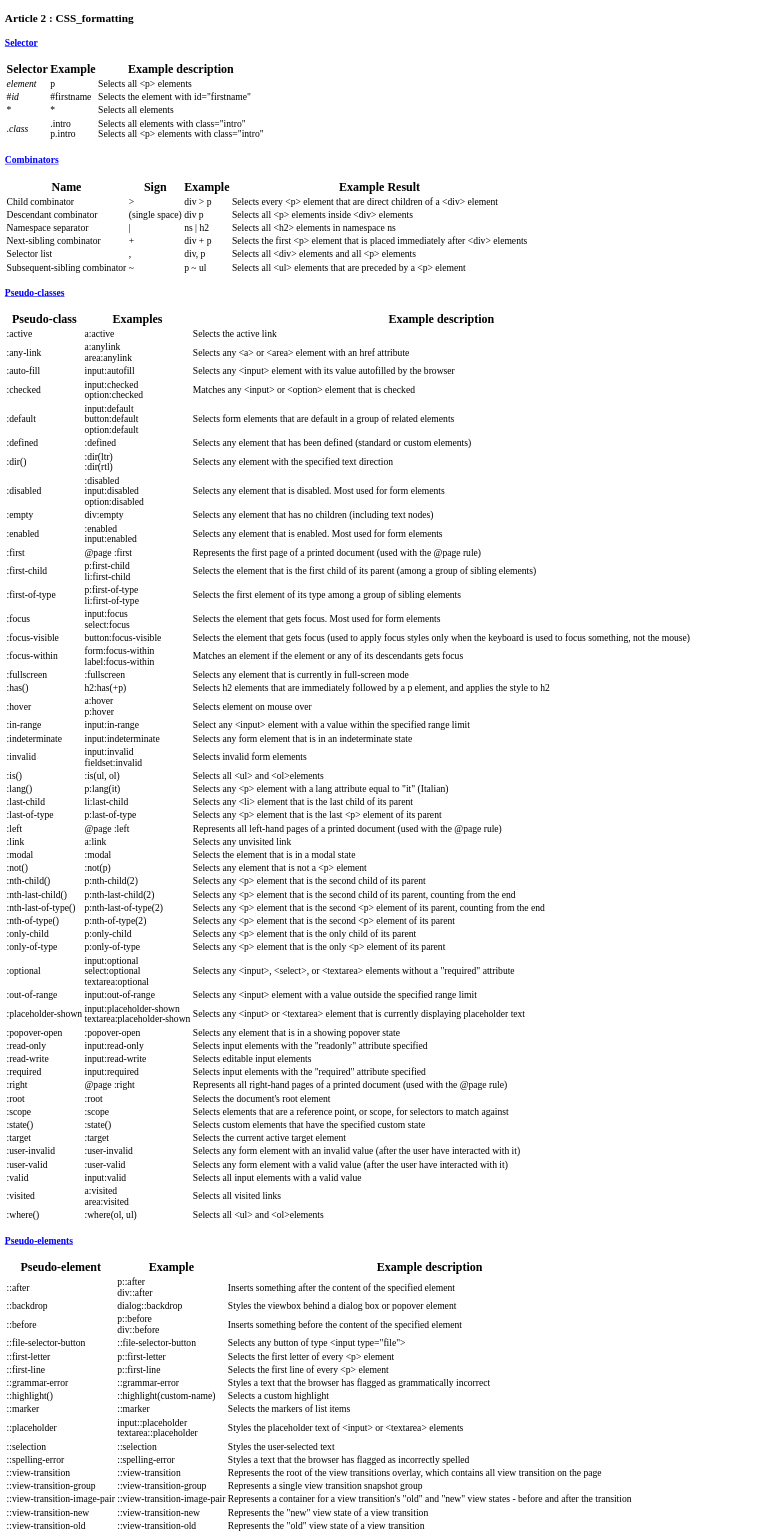
Repository: AnnaSpirit/2025_
Page: Bases/CSS_formatting.html
These files come from the project's save history. The page is drawn as it stood at one moment and after the next save; the edit follows.
The browser window is 1280 px wide. The pictures show the whole page, at 60% of full size.

Above is the page before, as saved 2025-01-09 14:14:10.

### Bases/CSS_formatting.html
<!DOCTYPE html>
<html lang="en">
<head>
	<meta charset="UTF-8">
	<meta name="viewport" content="width=device-width, initial-scale=1.0">
	<title>CSS_formatting</title>
	<style>
		th{
		display: table-cell;
		vertical-align: inherit;
		font-weight: bold;
		padding: 1px;
		text-align:;
		font-size: 20px;
		}
		.subSection{
			color: blue;
			font-weight: bold;
			text-decoration: underline;
		}
	</style>
</head>
<body>
<h3>Article 2 : CSS_formatting</h3>
<h4 class = "subSection">Selector</h4>
<table>
<tr>
	<th>Selector</th>
	<th>Example</th>
	<th>Example description</th>
</tr>
<tr>
	<td><i>element</i></td>
	<td>p</td>
	<td>Selects all &lt;p&gt; elements</td>
</tr>
<tr>
	<td>#<i>id</i></td>
	<td>#firstname</td>
	<td>Selects the element with id="firstname"</td>
</tr>
<tr>
	<td>*</td>
	<td>*</td>
	<td>Selects all elements</td>
</tr>
<tr>
	<td>.<i>class</i></td>
	<td>.intro<br>p.intro</td>
	<td>Selects all elements with class="intro"<br>Selects all &lt;p&gt; elements with class="intro"
	</td>
</tr>
</table>
<h4 class = "subSection">Combinators</h4>
<table>
<tbody>
	<tr>
		<th>Name</th>
		<th>Sign</th>
		<th>Example</th>
		<th>Example Result</th>
	</tr>
	<tr>
		<td>Child combinator</td>
		<td>&gt;</td>
		<td>div &gt; p</td>
		<td>Selects every &lt;p&gt; element that are direct children of a &lt;div&gt; element</td>
	</tr>
	<tr>
		<td>Descendant combinator</td>
		<td>(single space)</td>
		<td>div p</td>
		<td>Selects all &lt;p&gt; elements inside &lt;div&gt; elements</td>
	</tr>
	<tr>
		<td>Namespace separator</td>
		<td>|</td>
		<td>ns | h2</td>
		<td>Selects all &lt;h2&gt; elements in namespace ns</td>
	</tr>
	<tr>
		<td>Next-sibling combinator</td>
		<td>+</td>
		<td>div + p</td>
		<td>Selects the first &lt;p&gt; element that is placed immediately after &lt;div&gt; elements</td>
	</tr>
	<tr>
		<td>Selector list</td>
		<td>,</td>
		<td>div, p</td>
		<td>Selects all &lt;div&gt; elements and all &lt;p&gt; elements</td>
	</tr>
	<tr>
		<td>Subsequent-sibling combinator</td>
		<td>~</td>
		<td>p ~ ul</td>
		<td>Selects all &lt;ul&gt; elements that are preceded by a &lt;p&gt; element</td>
	</tr>
</tbody>
</table>
<h4 class = "subSection">Pseudo-classes</h4>
<table>
<tr>
	<th>Pseudo-class</th>
	<th>Examples</th>
	<th>Example description</th>
</tr>
<tr>
	<td>:active</td>
	<td>a:active</td>
	<td>Selects the active link</td>
</tr>
<tr>
	<td>:any-link</td>
	<td>a:anylink<br>area:anylink</td>
	<td>Selects any &lt;a&gt; or &lt;area&gt; element with an href attribute</td>
</tr>
<tr>
	<td>:auto-fill</td>
	<td>input:autofill</td>
	<td>Selects any &lt;input&gt; element with its value autofilled by the
		browser</td>
</tr>
<tr>
	<td>:checked</td>
	<td>input:checked<br>option:checked</td>
	<td>Matches any &lt;input&gt; or &lt;option&gt; element that is checked</td>
</tr>
<tr>
	<td>:default</td>
	<td>input:default<br>button:default<br>option:default</td>
	<td>Selects form elements that are default in a group of related elements</td>
</tr>
<tr>
	<td>:defined</td>
	<td>:defined</td>
	<td>Selects any element that has been defined (standard or custom
		elements)</td>
</tr>
<tr>
	<td>:dir()</td>
	<td>:dir(ltr)<br>:dir(rtl)</td>
	<td>Selects any element with the specified text direction</td>
</tr>
<tr>
	<td>:disabled</td>
	<td>:disabled<br>input:disabled<br>option:disabled</td>
	<td>Selects any element that is disabled. Most used for form elements</td>
</tr>
<tr>
	<td>:empty</td>
	<td>div:empty</td>
	<td>Selects any element that has no children (including text nodes)</td>
</tr>
<tr>
	<td>:enabled</td>
	<td>:enabled<br>input:enabled</td>
	<td>Selects any element that is enabled. Most used for form elements</td>
</tr>
<tr>
	<td>:first</td>
	<td>@page :first</td>
	<td>Represents the first page of a printed document (used with the @page
		rule)</td>
</tr>
<tr>
	<td>:first-child</td>
	<td>p:first-child<br>li:first-child</td>
	<td>Selects the element that is the first child of its parent (among a group
		of sibling elements)</td>
</tr>
<tr>
	<td>:first-of-type</td>
	<td>p:first-of-type<br>li:first-of-type</td>
	<td>Selects the first element of its type among a group of sibling elements</td>
</tr>
<tr>
	<td>:focus</td>
	<td>input:focus<br>select:focus</td>
	<td>Selects the element that gets focus. Most used for form elements</td>
</tr>
<tr>
	<td>:focus-visible</td>
	<td>button:focus-visible</td>
	<td>Selects the element that gets focus (used to apply focus styles only
		when the keyboard is used to focus something, not the mouse)</td>
</tr>
<tr>
	<td>:focus-within</td>
	<td>form:focus-within<br>label:focus-within</td>
	<td>Matches an element if the element or any of its descendants gets focus</td>
</tr>
<tr>
	<td>:fullscreen</td>
	<td>:fullscreen</td>
	<td>Selects any element that is currently in full-screen mode</td>
</tr>
<tr>
	<td>:has()</td>
	<td>h2:has(+p)</td>
	<td>Selects h2 elements that are immediately followed by a p element, and
		applies the style to h2</td>
</tr>
<tr>
	<td>:hover</td>
	<td>a:hover<br>p:hover</td>
	<td>Selects element on mouse over</td>
</tr>
<tr>
	<td>:in-range</td>
	<td>input:in-range</td>
	<td>Select any &lt;input&gt; element with a value within the specified range
		limit</td>
</tr>
<tr>
	<td>:indeterminate</td>
	<td>input:indeterminate</td>
	<td>Selects any form element that is in an indeterminate state</td>
</tr>
<tr>
	<td>:invalid</td>
	<td>input:invalid<br>fieldset:invalid</td>
	<td>Selects invalid form elements</td>
</tr>
<tr>
	<td>:is()</td>
	<td>:is(ul, ol)</td>
	<td>Selects all &lt;ul&gt; and &lt;ol&gt;elements</td>
</tr>
<tr>
	<td>:lang()</td>
	<td>p:lang(it)</td>
	<td>Selects any &lt;p&gt; element with a lang attribute equal to "it" (Italian)</td>
</tr>
<tr>
	<td>:last-child</td>
	<td>li:last-child</td>
	<td>Selects any &lt;li&gt; element that is the last child of its parent</td>
</tr>
<tr>
	<td>:last-of-type</td>
	<td>p:last-of-type</td>
	<td>Selects any &lt;p&gt; element that is the last &lt;p&gt; element of its parent</td>
</tr>
<tr>
	<td>:left</td>
	<td>@page :left</td>
	<td>Represents all left-hand pages of a printed document (used with the @page
		rule)</td>
</tr>
<tr>
	<td>:link</td>
	<td>a:link</td>
	<td>Selects any unvisited link</td>
</tr>
<tr>
	<td>:modal</td>
	<td>:modal</td>
	<td>Selects the element that is in a modal state</td>
</tr>
<tr>
	<td>:not()</td>
	<td>:not(p)</td>
	<td>Selects any element that is not a &lt;p&gt; element</td>
</tr>
<tr>
	<td>:nth-child()</td>
	<td>p:nth-child(2)</td>
	<td>Selects any &lt;p&gt; element that is the second child of its parent</td>
</tr>
<tr>
	<td>:nth-last-child()</td>
	<td>p:nth-last-child(2)</td>
	<td>Selects any &lt;p&gt; element that is the second child of its parent, counting from the
		end</td>
</tr>
<tr>
	<td>:nth-last-of-type()</td>
	<td>p:nth-last-of-type(2)</td>
	<td>Selects any &lt;p&gt; element that is the second &lt;p&gt; element of its parent, counting from the
		end</td>
</tr>
<tr>
	<td>:nth-of-type()</td>
	<td>p:nth-of-type(2)</td>
	<td>Selects any &lt;p&gt; element that is the second &lt;p&gt; element of its parent</td>
</tr>
<tr>
	<td>:only-child</td>
	<td>p:only-child</td>
	<td>Selects any &lt;p&gt; element that is the only child of its parent</td>
</tr>
<tr>
	<td>:only-of-type</td>
	<td>p:only-of-type</td>
	<td>Selects any &lt;p&gt; element that is the only &lt;p&gt; element of its parent</td>
</tr>
<tr>
	<td>:optional</td>
	<td>input:optional<br>select:optional<br>textarea:optional</td>
	<td>Selects any &lt;input&gt;, &lt;select&gt;, or &lt;textarea&gt; elements without
		a "required" attribute</td>
</tr>
<tr>
	<td>:out-of-range</td>
	<td>input:out-of-range</td>
	<td>Selects any &lt;input&gt; element with a value outside the specified range
		limit</td>
</tr>
<tr>
	<td>:placeholder-shown</td>
	<td>input:placeholder-shown<br>
		textarea:placeholder-shown</td>
	<td>Selects any &lt;input&gt; or &lt;textarea&gt; element that is currently displaying
		placeholder text</td>
</tr>
<tr>
	<td>:popover-open</td>
	<td>:popover-open</td>
	<td>Selects any element that is in a showing popover state</td>
</tr>
<tr>
	<td>:read-only</td>
	<td>input:read-only</td>
	<td>Selects input elements with the "readonly" attribute specified</td>
</tr>
<tr>
	<td>:read-write</td>
	<td>input:read-write</td>
	<td>Selects editable input elements</td>
</tr>
<tr>
	<td>:required</td>
	<td>input:required</td>
	<td>Selects input elements with the "required" attribute specified</td>
</tr>
<tr>
	<td>:right</td>
	<td>@page :right</td>
	<td>Represents all right-hand pages of a printed document (used with the @page
		rule)</td>
</tr>
<tr>
	<td>:root</td>
	<td>:root</td>
	<td>Selects the document's root element</td>
</tr>
<tr>
	<td>:scope</td>
	<td>:scope</td>
	<td>Selects elements that are a reference point, or scope, for selectors to
		match against</td>
</tr>
<tr>
	<td>:state()</td>
	<td>:state()</td>
	<td>Selects custom elements that have the specified custom state</td>
</tr>
<tr>
	<td>:target</td>
	<td>:target </td>
	<td>Selects the current active target element</td>
</tr>
<tr>
	<td>:user-invalid</td>
	<td>:user-invalid</td>
	<td>Selects any form element with an invalid value (after the user have
		interacted with it)</td>
</tr>
<tr>
	<td>:user-valid</td>
	<td>:user-valid</td>
	<td>Selects any form element with a valid value (after the user have
		interacted with it)</td>
</tr>
<tr>
	<td>:valid</td>
	<td>input:valid</td>
	<td>Selects all input elements with a valid value</td>
</tr>
<tr>
	<td>:visited</td>
	<td>a:visited<br>area:visited</td>
	<td>Selects all visited links</td>
</tr>
<tr>
	<td>:where()</td>
	<td>:where(ol, ul)</td>
	<td>Selects all &lt;ul&gt; and &lt;ol&gt;elements</td>
</tr>
</table>
<h4 class = "subSection">Pseudo-elements</h4>
<table>
	<tr>
		<th>Pseudo-element</th>
		<th>Example</th>
		<th>Example description</th>
	</tr>
	<tr>
		<td>::after</td>
		<td>p::after<br>div::after</td>
		<td>Inserts something after the content of the specified element</td>
	</tr>
	<tr>
		<td>::backdrop</td>
		<td>dialog::backdrop</td>
		<td>Styles the viewbox behind a dialog box or popover element</td>
	</tr>
	<tr>
		<td>::before</td>
		<td>p::before<br>div::before</td>
		<td>Inserts something before the content of the specified element</td>
	</tr>
	<tr>
		<td>::file-selector-button</td>
		<td>::file-selector-button</td>
		<td>Selects any button of type &lt;input type="file"&gt;</td>
	</tr>
	<tr>
		<td>::first-letter</td>
		<td>p::first-letter</td>
		<td>Selects the first letter of every &lt;p&gt; element</td>
	</tr>
	<tr>
		<td>::first-line</td>
		<td>p::first-line</td>
		<td>Selects the first line of every &lt;p&gt; element</td>
	</tr>
	<tr>
		<td>::grammar-error</td>
		<td>::grammar-error</td>
		<td>Styles a text that the browser has flagged as grammatically incorrect</td>
	</tr>
	<tr>
		<td>::highlight()</td>
		<td>::highlight(custom-name)</td>
		<td>Selects a custom highlight</td>
	</tr>
	<tr>
		<td>::marker</td>
		<td>::marker</td>
		<td>Selects the markers of list items</td>
	</tr>
	<tr>
		<td>::placeholder</td>
		<td>input::placeholder<br>textarea::placeholder</td>
		<td>Styles the placeholder text of &lt;input&gt; or &lt;textarea&gt; elements</td>
	</tr>
	<tr>
		<td>::selection</td>
		<td>::selection</td>
		<td>Styles the user-selected text</td>
	</tr>
	<tr>
		<td>::spelling-error</td>
		<td>::spelling-error</td>
		<td>Styles a text that the browser has flagged as incorrectly spelled</td>
	</tr>
	<tr>
		<td>::view-transition</td>
		<td>::view-transition</td>
		<td>Represents the root of the view transitions overlay, which contains all
			view transition on the page</td>
	</tr>
	<tr>
		<td>::view-transition-group</td>
		<td>::view-transition-group</td>
		<td>Represents a single view transition snapshot group</td>
	</tr>
	<tr>
		<td>::view-transition-image-pair</td>
		<td>::view-transition-image-pair</td>
		<td>Represents a container for a view transition's "old" and "new" view
			states - before and after the transition</td>
	</tr>
	<tr>
		<td>::view-transition-new</td>
		<td>::view-transition-new</td>
		<td>Represents the "new" view state of a view transition</td>
	</tr>
	<tr>
		<td>::view-transition-old</td>
		<td>::view-transition-old</td>
		<td>Represents the "old" view state of a view transition</td>
	</tr>
</tbody>
</table>
</body>
</html>

After the next save:
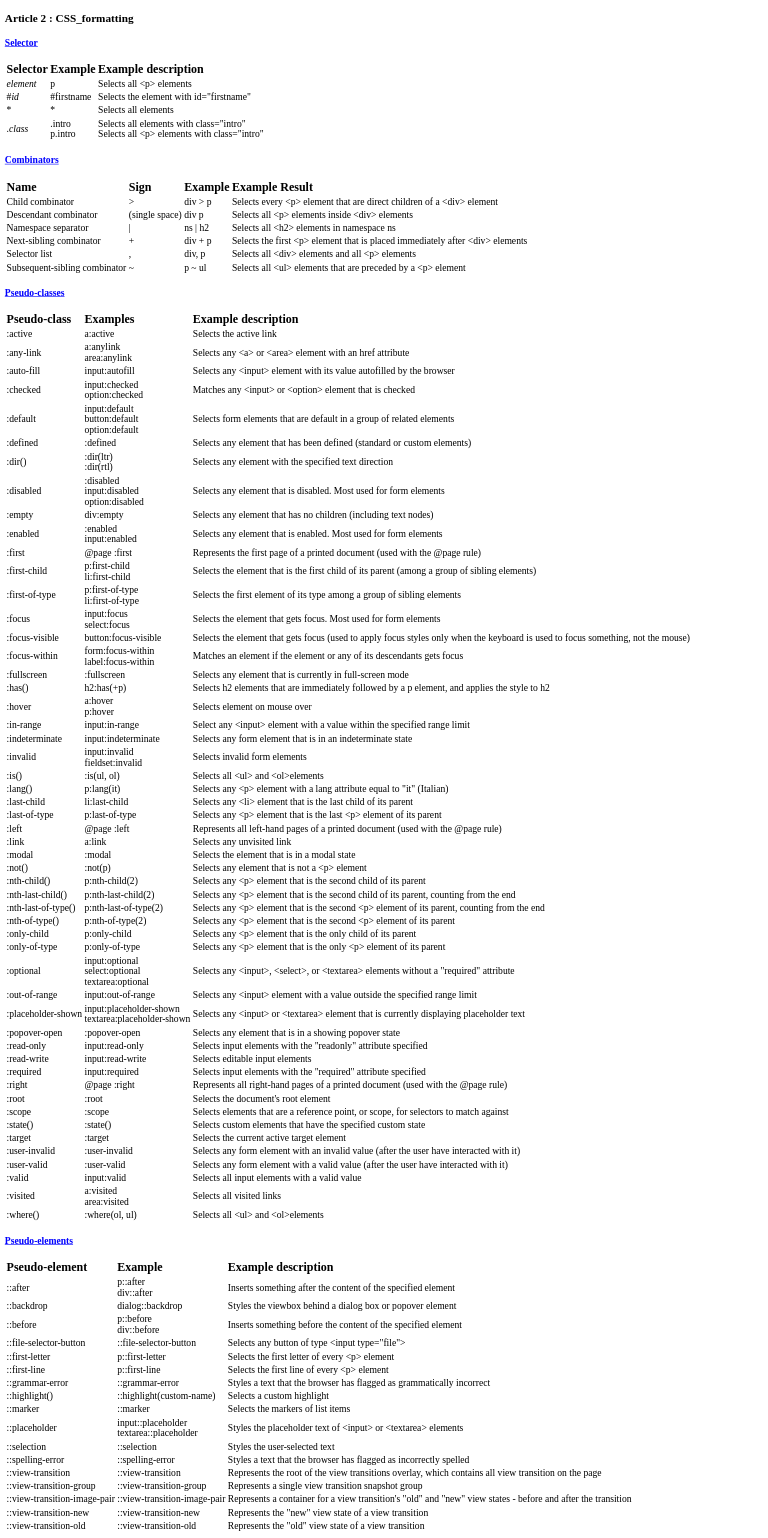
Saved 6 s later.
--- a/Bases/CSS_formatting.html
+++ b/Bases/CSS_formatting.html
@@ -10,7 +10,7 @@
 		vertical-align: inherit;
 		font-weight: bold;
 		padding: 1px;
-		text-align:;
+		text-align:justify;
 		font-size: 20px;
 		}
 		.subSection{
